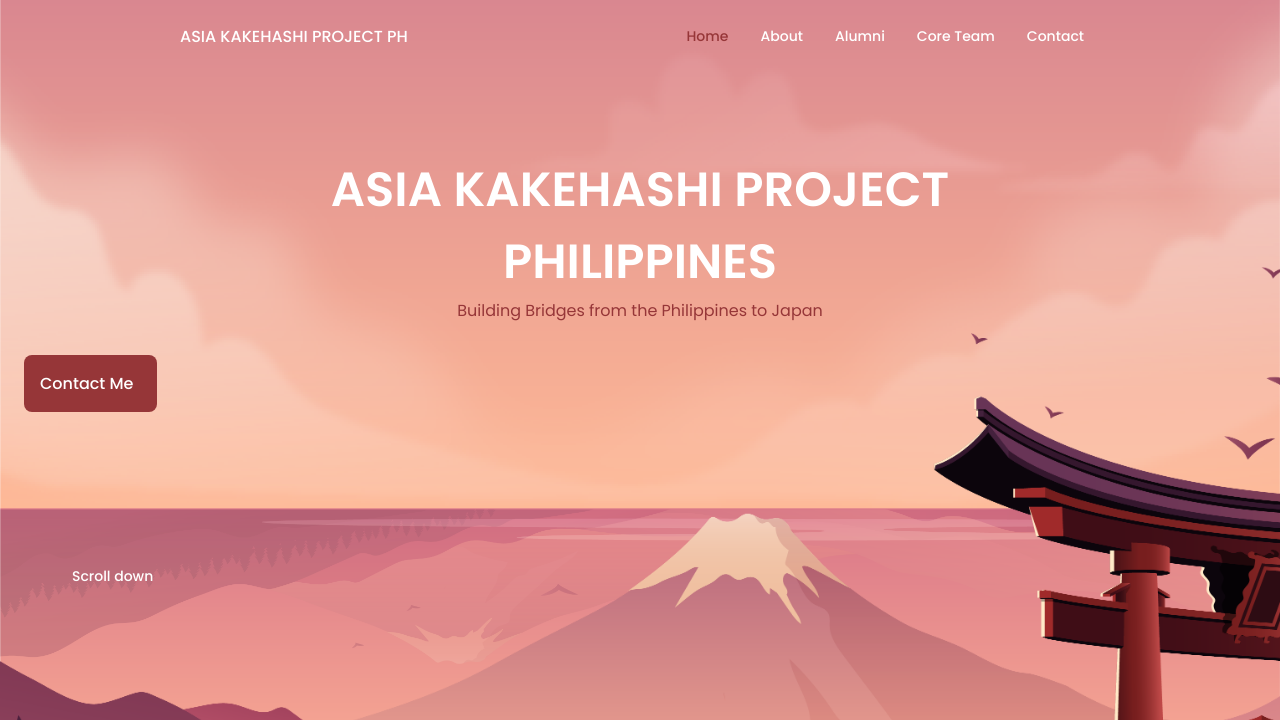
Repository: Aishie123/AKP-PH
Page: index.html
These files come from the project's save history. The page is drawn as it stood at one moment and after the next save; the edit follows.
The browser window is 1280 px wide. The pictures show the whole page.
Some icons come from a web library that is not loaded, so they are not drawn.

Above is the page before, as saved 2024-02-16 00:35:32.

After the next save:
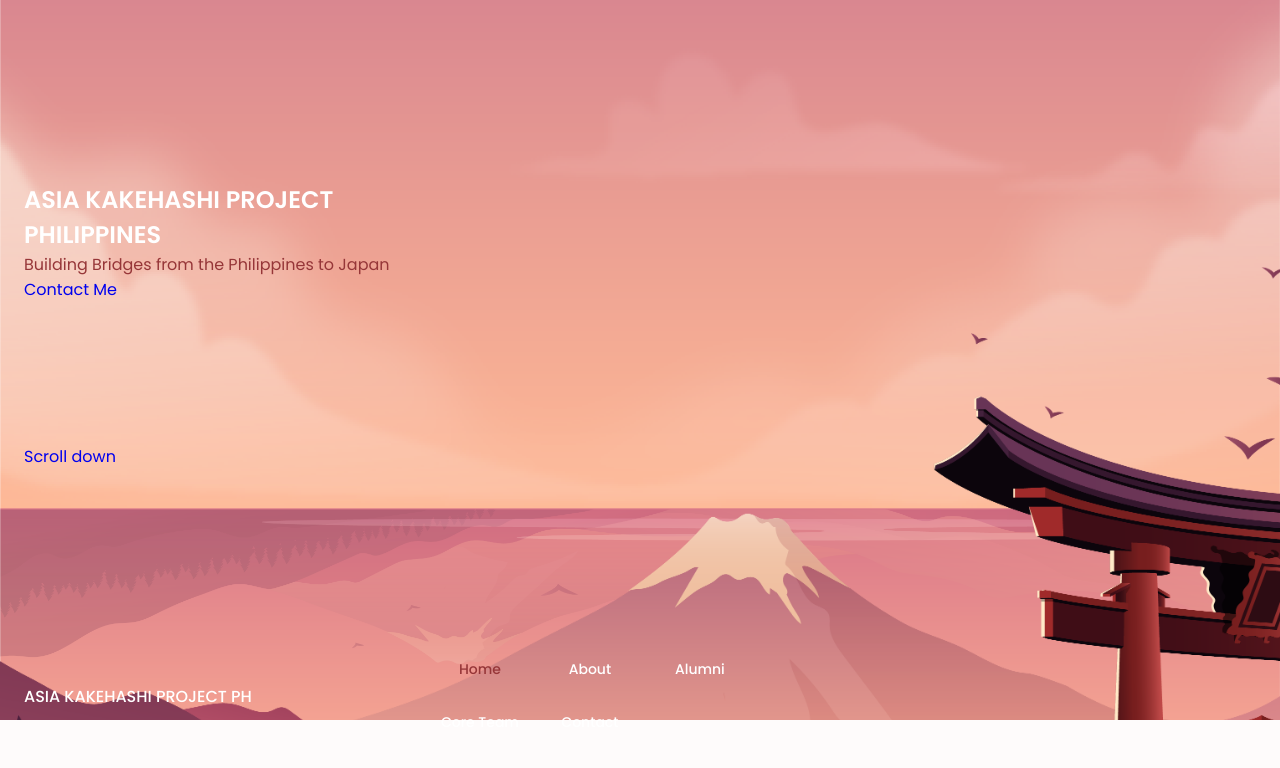
Saved 74 s later.
--- a/assets/css/styles.css
+++ b/assets/css/styles.css
@@ -290,8 +290,10 @@
     position: absolute;
     top: 0;
     left: 0;
-    width: 100%;
-    height: 100%;
+    .home__parallax img {
+      width: 100%; /* Relative width */
+      height: auto; /* Maintain aspect ratio */
+      max-width: 100%; /* Ensure the image doesn't exceed its natural size */
     z-index: var(--z-modal);
   }
 

After the save that followed:
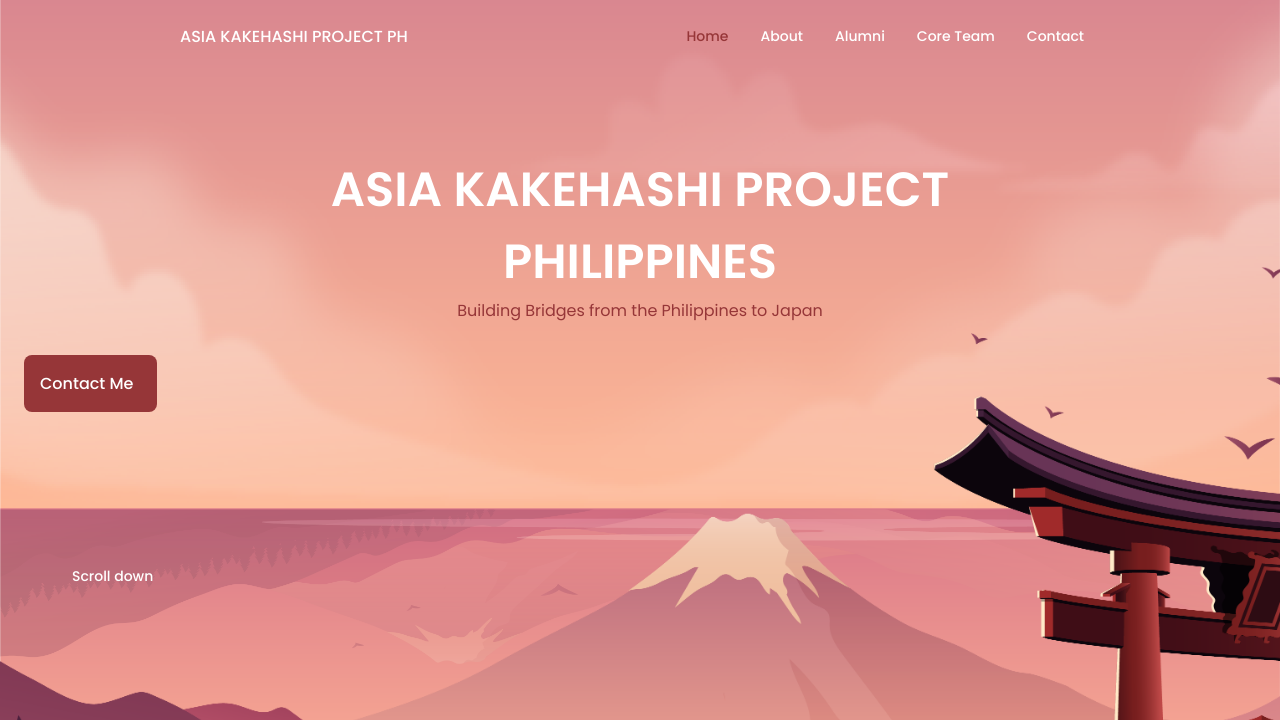
Saved 35 s later.
--- a/assets/css/styles.css
+++ b/assets/css/styles.css
@@ -290,7 +290,6 @@
     position: absolute;
     top: 0;
     left: 0;
-    .home__parallax img {
       width: 100%; /* Relative width */
       height: auto; /* Maintain aspect ratio */
       max-width: 100%; /* Ensure the image doesn't exceed its natural size */
